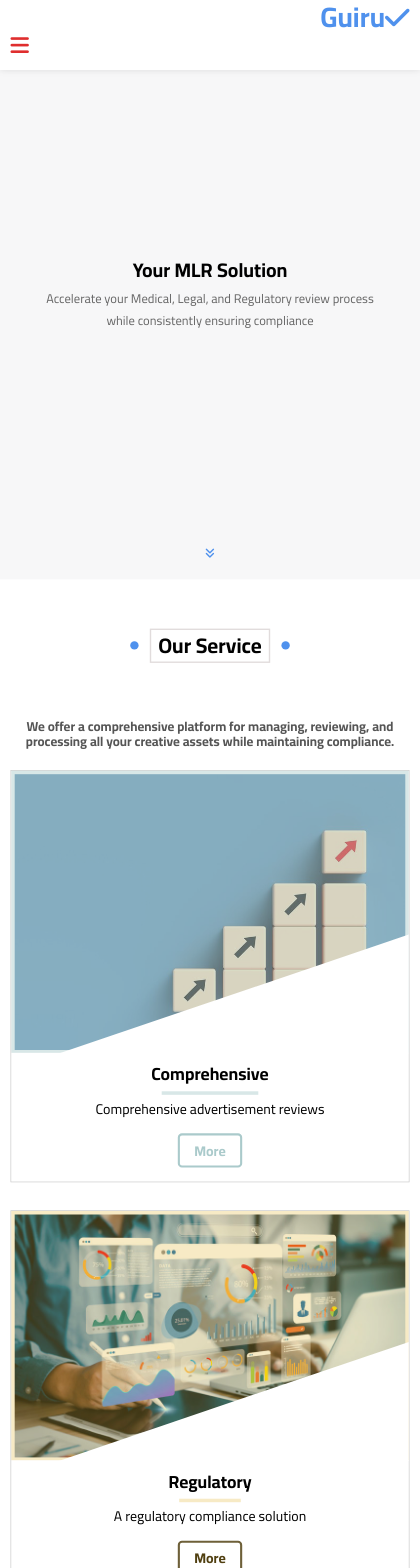
Repository: AsmaaAlothman/Templet-1-website
Page: home.html
The author's editor kept a copy of each file at every save. The page is drawn from the files as they stood at one save, then again after a run of saves.
The browser window is 600 px wide. The pictures show the part of the page from y = 0 to 2240 px (the page is 5240 px tall), at 70% of full size.

Above is the page before, as saved 2024-08-31 13:43:15.

### home.html
<!DOCTYPE html>
<html lang="en">

<head>
    <meta charset="UTF-8" />
    <meta name="viewport" content="width=device-width, initial-scale=1.0" />
    <title>Guiru test</title>
    <!-- Render all elements normally-->
    <link rel="stylesheet" href="css/normalize.css" />
    <!-- Font Awesome library-->
    <link rel="stylesheet" href="css/all.min.css" />
    <link rel="preconnect" href="https://fonts.googleapis.com" />
    <!--Google Fonts Cairo-->
    <link href="https://fonts.googleapis.com/css2?family=Cairo:wght@200..1000&family=Work+Sans:ital,wght@0,100..900;1,100..900&display=swap" rel="stylesheet" />
    <!--Main template css file -->
    <link rel="stylesheet" href="css/home.css" />
</head>

<body>
    <!-- Start header -->
    <div class="header" id="header">
        <div class="container">

            <a href="#" class="logo"> Guiru <i class="fa-solid fa-check"></i></a>

            <ul class="main_nav">
                <li>
                    <a href="#partner_with_us" class="partner_with_us">partner with us</a>
                </li>
                <li><a href="#about-us">About Us</a></li>
                <li><a href="#contact-us">Contact Us</a></li>
                <li><a href="#login">Login</a></li>
                <li><a href="#home">Home</a></li>
            </ul>
            <label for="check" class="check-btn">
              <i class="fa-solid fa-bars"></i>
            </label>
        </div>
    </div>
    <!-- End header -->
    <!-- Start Landing -->
    <div class="landing">
        <div class="container">
            <div class="text">
                <h1>Your MLR Solution</h1>
                <p>
                    Accelerate your Medical, Legal, and Regulatory review process while consistently ensuring compliance
                </p>
            </div>
            <div class="image">
                <img src="images/landing_image2.jpg" alt="landing_image2" />
            </div>
        </div>
        <a href="#about-us" class="go_down">
            <i class="fa-solid fa-angles-down"></i>
        </a>
    </div>
    <!-- End Landing -->
    <!-- Start Service -->
    <div class="service" id="service">
        <h2 class="main-title">Our Service</h2>

        <h3>
            We offer a comprehensive platform for managing, reviewing, and processing all your creative assets while maintaining compliance.
        </h3>

        <div class="container">
            <div class="box comprehensive">
                <div class="img-holder">
                    <img src="images/service-image1.jpg" alt="" />
                </div>
                <h2>Comprehensive</h2>
                <p>Comprehensive advertisement reviews</p>
                <a href="#">More</a>
            </div>
            <div class="box regulatory">
                <div class="img-holder">
                    <img src="images/service-image2.jpg" alt="" />
                </div>
                <h2>Regulatory</h2>
                <p>A regulatory compliance solution</p>
                <a href="#">More</a>
            </div>
            <div class="box guidance">
                <div class="img-holder">
                    <img src="images/service-image3.jpg" alt="" />
                </div>
                <h2>Guidance</h2>
                <p>Guidance to improve advertisement effectiveness</p>
                <a href="#">More</a>
            </div>
        </div>
    </div>
    <!-- End service -->
    <!-- Start About US Section -->
    <div class="about-us" id="about-us">
        <div class="container">
            <h2 class="main-title">About Us</h2>
            <h3>
                At Guiru, we are dedicated to offering the best solutions for your MLR needs. Our team will ensure you campaigns meet all necessary regulations needs and achieve maximum impact.
            </h3>
            <div class="box">
                <div class="details">
                    <img src="images/about-us.png" alt="about-us" />
                </div>
            </div>
        </div>
    </div>
    <!-- End About US Section -->

    <!-- Start Our Value Section -->
    <div class="our-value" id="our-value">
        <h2 class="main-title">Our Value</h2>
        <div class="container">
            <img src="images/our-values.jpg" alt="" class="image" style="width: 600px; height: 400px" />
            <div class="info">
                <div class="box">
                    <img src="images/our-values2.png" alt="" />
                    <div class="text">
                        <h3>Integrity</h3>
                        <p>
                            We uphold the highest standards of integrity in all our actions.
                        </p>
                    </div>
                </div>
                <div class="box">
                    <img src="images/our-values3.png" alt="" />
                    <div class="text">
                        <h3>Excellence</h3>
                        <p>We strive for excellence in everything we do.</p>
                    </div>
                </div>
                <div class="box">
                    <img src="images/our-values4.png" alt="" />
                    <div class="text">
                        <h3>Innovation</h3>
                        <p>
                            We encourage innovation to meet challenges and improve our services.
                        </p>
                    </div>
                </div>
            </div>
        </div>
    </div>
    <!-- End Our value Section -->

    <!-- Start Footer -->
    <div class="footer" id="footer">
        <div class="container">
            <img src="images/logo-Guiru.png" alt="logo-footer" />
            <div class="footer-links">
                <a href="#about-us"><i class="fa-regular fa-address-card"> About Us </i></a
          >
          <a href="#contact-us"
            ><i class="fa-solid fa-headset"> Contact Us </i>
          </a>
                <a href="#privacy-policy"><i class="fa-solid fa-arrow-right-to-bracket"> Privacy Policy </i>
          </a>
            </div>
            <p class="copyright">
                &copy; 2024 <span>Guiru</span> All rights reserved.
            </p>
        </div>
    </div>
    <!-- End Footer -->
</body>

</html>

### css/home.css
/* Start global rules : */

* {
    -webkit-box-sizing: border-box;
    -moz-box-sizing: border-box;
    box-sizing: border-box;
    padding: 0px;
    margin: 0px;
}

html {
    scroll-behavior: smooth;
}

:root {
    --main-color: #4f91ed;
    --main-color-alt: #125bc2bd;
    --hover-main-color: #c5c9cf23;
    --icon-color-hover: #accef577;
    --main-transition: 0.3s;
    --main-padding-top: 70px;
    --main-padding-bottom: 70px;
    --second-section-background-color: #d2d7d831;
    --main-section-background-color: white;
    --footer-background-color: rgba(46, 69, 92, 0.486);
    --paragraph-text-color: #555;
    --main-box-shadow: 0 12px 20px 0 rgba(0, 0, 0, 0.048), 0 2px 4px 0 rgb(0 0 0/12%);
}

body {
    font-family: "Cairo", sans-serif;
    /* font-family: "Work Sans", sans-serif;*/
}

a {
    text-decoration: none;
}

ul {
    list-style: none;
}


/* End global rules  */

.parent {
    background-color: #eee;
}

.container {
    padding-left: 15px;
    padding-right: 15px;
    margin-left: auto;
    margin-right: auto;
    /* background-color: #ececec; */
}

img {
    /* padding-left: 15px;
    padding-right: 15px; */
    margin-left: auto;
    margin-right: auto;
    display: block;
    /* background-color: var(--main-color); */
}


/* Start media query  */

@media (min-width: 768px) {
    .container {
        width: 970px;
    }
}

@media (min-width: 992px) {
    .container {
        width: 970px;
    }
}

@media (min-width: 1200px) {
    .container {
        width: 1170px;
    }
}


/* End media query  */


/* Start Style Main title */

.main-title {
    margin: 0 auto 80px;
    border: 2px solid #e1dcdc;
    padding: 5px 10px;
    font-size: 30px;
    width: fit-content;
    position: relative;
    z-index: 1;
    transition: var(--main-transition);
}

.main-title::after,
.main-title::before {
    content: "";
    width: 12px;
    height: 12px;
    background-color: var(--main-color);
    position: absolute;
    border-radius: 50%;
    top: 50%;
    transform: translateY(-50%);
}

.main-title::after {
    right: -30px;
}

.main-title::before {
    left: -30px;
}

.main-title:hover::before {
    z-index: -1;
    animation: left-move 0.3s linear forwards;
}

.main-title:hover::after {
    z-index: -1;
    animation: right-move 0.3s linear forwards;
}

.main-title:hover {
    color: white;
    border: 2px solid white;
    transition-delay: 0.2s;
}


/* End Style Main title */


/* Start header */

.header {
    background-color: white;
    position: relative;
    -webkit-box-shadow: 0 0 10px#ddd;
    -moz-box-shadow: 0 0 10px#ddd;
    box-shadow: 0 0 10px#ddd;
}

.header .container {
    display: flex;
    background-color: white;
    justify-content: space-between;
    align-items: center;
    flex-wrap: wrap;
    position: relative;
}

.header .logo {
    color: var(--main-color);
    font-size: 40px;
    font-weight: bold;
    /*  height: 72px; للحفاظ على ارتفاع الهيدر حتى لو اختلف حجم المين  */
    height: 72px;
    display: flex;
    justify-content: center;
    align-items: center;
}


/* start responsive media for logo selector : */

@media (max-width: 767px) {
    .header .logo {
        width: 100%;
        height: 50px;
    }
}


/*end responsive media for logo selector : */

.header .main_nav {
    display: flex;
}


/* start responsive media for main_nav selector : */

.header .main_nav>li>a {
    height: 80px;
    letter-spacing: 2px;
    font-size: 20px;
    display: flex;
    justify-content: center;
    align-items: center;
    position: relative;
    color: black;
    padding: 0px 25px;
    transition: var(--main-transition);
    overflow: hidden;
}


/* start responsive media for li > a selector : */

@media (max-width: 767px) {
    .header .main_nav>li>a {
        padding: 10px;
        height: 40px;
        font-size: 14px;
    }
}

@media (max-width: 767px) {
    .header .main_nav {
        flex-direction: column;
        gap: 0;
        padding: 5px;
        margin: auto;
    }
}

.check-btn {
    font-size: 30px;
    color: rgb(223, 46, 46);
    cursor: pointer;
    display: none;
}

@media (max-width: 767px) {
    .check-btn {
        display: flex;
        margin-bottom: 20px;
    }
    .header .main_nav {
        display: none;
    }
    .header .container .logo {
        display: flex;
        justify-content: end;
    }
}


/* End header */


/* Start Landing */

.landing {
    position: relative;
    background-color: var(--second-section-background-color);
}

.landing .container {
    min-height: calc(100vh - 72px);
    display: flex;
    align-items: center;
    padding-bottom: 75px;
}

.landing .text {
    flex: 1;
}

@media (max-width: 991px) {
    .landing .text {
        text-align: center;
    }
}

.landing .text h1 {
    font-size: 37px;
    margin: 0;
    letter-spacing: 0px;
}


/*start response mobile screen size */

@media (max-width: 767px) {
    .landing .text h1 {
        font-size: 28px;
    }
}


/*end response mobile screen size */

.landing .text p {
    font-size: 22px;
    margin: 5px 0 0;
    line-height: 1.7;
    color: #666;
    max-width: 500px;
}

@media (max-width: 991px) {
    .landing .text p {
        margin: 10px auto;
    }
}


/*start response mobile screen size */

@media (max-width: 767px) {
    .landing .text p {
        font-size: 18px;
    }
}


/*end response mobile screen size */

.landing .image img {
    position: relative;
    width: 400px;
    /* وحطينا زمن 5 ثواني يروح ويرجع up-and-down الانيميشن هون سميتو ع كيفي  */
    /* الانيميشن بعتمد عالبوزشن لازم يكون ريليتف */
    /* بننزل بننشئ الانيميشن تحت بنفس هاد الاسم  */
    animation: up-and-down 5s linear infinite;
}

@media (max-width: 991px) {
    .landing .image {
        display: none;
    }
}

.landing .go_down {
    color: var(--main-color);
    position: absolute;
    bottom: 30px;
    left: 50%;
    transform: translateX(-50%);
    transition: var(--main-transition);
}

.landing .go_down:hover {
    color: var(--main-color-alt);
}

.landing .go_down i {
    animation: bouncing 1.5s infinite;
}


/* End landing */


/* Start service */

.service {
    padding-top: var(--main-padding-top);
    padding-bottom: var(--main-padding-bottom);
    position: relative;
    background-color: var(--main-section-background-color);
}

.service .container {
    display: grid;
    grid-template-columns: repeat(auto-fill, minmax(300px, 1fr));
    gap: 40px;
}

.service h3 {
    color: var(--paragraph-text-color);
    display: block;
    padding-bottom: 30px;
    max-width: 100%;
    text-align: center;
    margin: auto;
}

.service .box {
    text-align: center;
    border: 1px solid #ccc;
}

.service .container .img-holder {
    position: relative;
    overflow: hidden;
}

.service .container .img-holder::before {
    content: "";
    position: absolute;
    top: -1px;
    left: 0;
    height: 100%;
    width: 100%;
    /* background-color: #b657e257; */
}

.service .container .img-holder::after {
    content: "";
    position: absolute;
    bottom: 0;
    right: 0;
    border-style: solid;
    border-width: 0 0 170px 500px;
    border-color: transparent transparent white transparent;
    transition: var(--main-transition);
}

.service .container .img-holder img {
    max-width: 100%;
    padding: 5px;
}

.service .box:hover .img-holder::after {
    border-width: 0 465px 0 0;
}

.service .box h2 {
    position: relative;
    font-size: 25px;
    margin: 15px auto;
    width: fit-content;
}

.service .box h2::after {
    content: "";
    position: absolute;
    bottom: -15px;
    left: 15px;
    height: 5px;
    width: calc(100% - 30px);
    /* background-color: red; */
}

.service .box p {
    line-height: 2;
    font-size: 20px;
    color: var(--paragraph-color);
    margin: 15px 15px;
    padding: 0;
}

.service .box a {
    display: block;
    border: 3px solid transparent;
    width: fit-content;
    margin: 0 auto 20px;
    font-size: 20px;
    font-weight: bold;
    padding: 10px 20px;
    border-radius: 6px;
    transition: var(--main-transition);
}

.service .box:hover a {
    background-position: left bottom;
    color: rgb(39, 37, 37);
}


/*اللي فوق الصورة overlayهاد الجزء الخاص بال    */

.service .comprehensive .img-holder::before {
    background-color: #aacacb75;
}


/* comprehensive  /guidance /regulatory هاد لون الباك جراوند اللي تحت الهيدر تبع القسم يعني تحت كلمة  */

.service .comprehensive h2::after {
    background-color: #aacacb75;
}

.service .comprehensive a {
    color: #aacacb;
    border-color: #aacacb;
    background: linear-gradient(to right, #aacacb75 50%, white 50%);
    background-size: 200% 100%;
    background-position: right bottom;
}


/* ---------------------------------- */

.service .regulatory .img-holder::before {
    background-color: #e0ad1f41;
}

.service .regulatory h2::after {
    background-color: #e0ad1f41;
}

.service .regulatory a {
    color: #503f10;
    border-color: #6e6039;
    background: linear-gradient(to right, #e0ad1f41 50%, white 50%);
    background-size: 200% 100%;
    background-position: right bottom;
}


/* ---------------------------------- */

.service .guidance .img-holder::before {
    background-color: #b7cc8c71;
}

.service .guidance h2::after {
    background-color: #b7cc8c71;
}

.service .guidance a {
    color: #b7cc8c;
    border-color: #b7cc8c;
    background: linear-gradient(to right, #b7cc8c71 50%, white 50%);
    background-size: 200% 100%;
    background-position: right bottom;
}


/* End service */


/* Start About us Section */

.about-us {
    position: relative;
    padding-top: var(--main-padding-top);
    padding-bottom: var(--main-padding-bottom);
    background-color: var(--second-section-background-color);
}

.about-us .container {
    display: flex;
    align-items: center;
    flex-wrap: wrap;
    position: relative;
}

.about-us .container .box {
    display: grid;
    margin: auto;
    grid-template-columns: repeat(auto-fill, minmax(450px, 0fr));
    gap: 10px;
    padding: 5px;
    max-width: fit-content;
    background-color: transparent;
    border-radius: 6px;
    box-shadow: 0 12px 20px 0 rgb(0 0 0/13%), 0 2px 4px 0 rgb(0 0 0/12%);
}

.about-us .container .box img {
    max-width: 60%;
    transition: var(--main-transition);
    border-radius: 6px;
}

@media (max-width: 767px) {
    .about-us .container .box img {
        max-width: 60%;
        transition: var(--main-transition);
        border-radius: 6px;
        margin-left: 40px;
    }
}

.about-us .container .box img:hover {
    transform: rotate(2deg) scale(1);
    transition-duration: 1s;
}

.about-us .container h3 {
    color: var(--paragraph-text-color);
    display: block;
    padding-bottom: 30px;
    max-width: 100%;
    text-align: center;
    margin: auto;
}


/* End About us Section */


/* Start Our value Section */

.our-value {
    padding-top: var(--main-padding-top);
    padding-bottom: var(--main-padding-bottom);
    position: relative;
    background-color: var(--section-background-color);
}

.our-value .container {
    display: flex;
    align-items: center;
    justify-content: space-between;
}

@media (max-width: 991px) {
    .our-value .container {
        flex-direction: column;
    }
}

.our-value .container .image {
    max-width: 100%;
    margin-right: 70px;
}

@media (max-width: 991px) {
    .our-value .image {
        margin: 0 0 50px;
    }
}

@media (max-width: 767px) {
    .our-value .container .image {
        display: none;
    }
}

.our-value .info .box {
    background-color: #8d9cb138;
    padding: 20px 15px;
    margin-bottom: 20px;
    border-radius: 6px;
    display: flex;
    align-items: center;
    border: 3px solid white;
    position: relative;
    z-index: 1;
}

@media (max-width: 991px) {
    .our-value .info .box {
        flex-direction: column;
        text-align: center;
    }
}

.our-value .info .box::before {
    content: "";
    position: absolute;
    background-color: rgba(131, 181, 209, 0.26);
    left: 50%;
    top: 50%;
    height: 0;
    width: 0;
    transform: translate(-50%, -50%);
    z-index: -1;
    transition: var(--main-transition);
}

.our-value .info .box:hover:before {
    height: 100%;
    width: 100%;
}

.our-value .info .box img {
    width: 120px;
    margin-left: 0;
    padding: 5px;
    border-radius: 15px;
}

@media (max-width: 991px) {
    .our-value .info .box img {
        margin: 0 0 30px;
    }
}

.our-value .container .info .box .text {
    padding: 0px 5px 0px 15px;
}

.our-value .container .info .box h3 {
    font-size: 20px;
    padding-bottom: 5px;
    margin: 0;
}

.our-value .container .info .box p {
    line-height: 1.7;
    color: var(--paragraph-color);
    margin: 10px 0 0;
    font-size: 18px;
}


/* End Our value Section */


/* Start Footer  */

.footer {
    padding-top: 50px;
    padding-bottom: 50px;
    background-color: var(--footer-background-color);
    position: relative;
    color: white;
    text-align: center;
}

.footer .container img {
    width: 200px;
}

.footer .footer-links {
    max-width: 100%;
    padding-top: 15px;
    display: flex;
    margin: 40px 0 20px;
    gap: 25px;
    justify-content: center;
    align-items: center;
    position: relative;
}

@media (max-width: 767px) {
    .footer .footer-links {
        padding-top: 10px;
        display: grid;
        margin: 30px 0 20px;
        gap: 30px;
        justify-content: center;
        align-items: center;
    }
}

.footer .footer-links a {
    display: block;
    font-size: 13px;
    letter-spacing: 4px;
    color: #0c4597c2;
    text-shadow: 0px 1px 7px white;
    border-bottom: 3px solid rgba(58, 79, 148, 0.918);
    border-radius: 6px;
    padding: 10px;
}

.footer .footer-links a:hover {
    font-weight: bolder;
    color: white;
    border: none;
    background-color: rgba(78, 107, 134, 0.37);
    box-shadow: var(--main-box-shadow);
    transition: var(--main-transition);
}

.footer .container {
    position: relative;
    max-width: 100%;
    max-height: 100%;
}

.footer .copyright {
    margin-top: 60px;
    padding: 20px;
}

.footer .copyright span {
    font-weight: bold;
    font-size: 20px;
    color: var(--main-color-alt);
}


/* End Footer  */


/* Start Create Animation  */

@keyframes up-and-down {
    0%,
    100% {
        top: 0;
    }
    50% {
        top: -50px;
    }
}

@keyframes left-move {
    50% {
        left: 0;
        width: 12px;
        height: 12px;
    }
    100% {
        left: 0;
        border-radius: 0;
        width: 100%;
        height: 100%;
    }
}

@keyframes right-move {
    50% {
        right: 0;
        width: 12px;
        height: 12px;
    }
    100% {
        right: 0;
        border-radius: 0;
        width: 100%;
        height: 100%;
    }
}


/* Start Create Animation  */

@keyframes up-and-down {
    0%,
    100% {
        top: 0;
    }
    50% {
        top: -50px;
    }
}

@keyframes left-move {
    50% {
        left: 0;
        width: 12px;
        height: 12px;
    }
    100% {
        left: 0;
        border-radius: 0;
        width: 100%;
        height: 100%;
    }
}

@keyframes right-move {
    50% {
        right: 0;
        width: 12px;
        height: 12px;
    }
    100% {
        right: 0;
        border-radius: 0;
        width: 100%;
        height: 100%;
    }
}


/* End Create Animation */

Loaded but not shown: css/normalize.css (library); css/all.min.css (library)

After the next 2 saves:
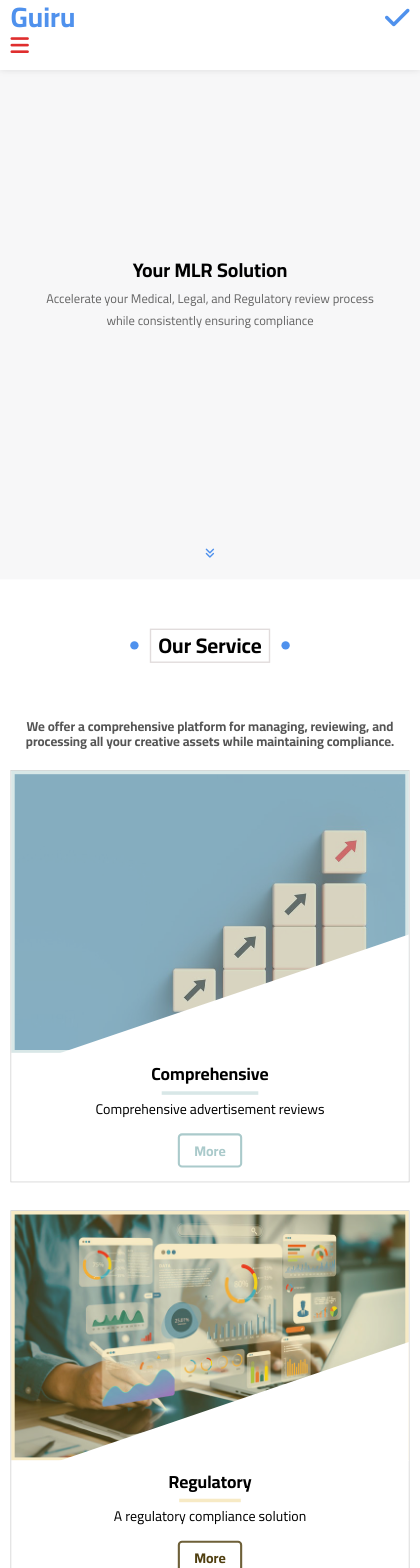
The 2 saves are shown as one change because they came seconds apart.
The last was saved 7 s later.
--- a/css/home.css
+++ b/css/home.css
@@ -243,7 +243,7 @@
     }
     .header .container .logo {
         display: flex;
-        justify-content: end;
+        justify-content: space-between;
     }
 }
 

After the 3 saves that followed:
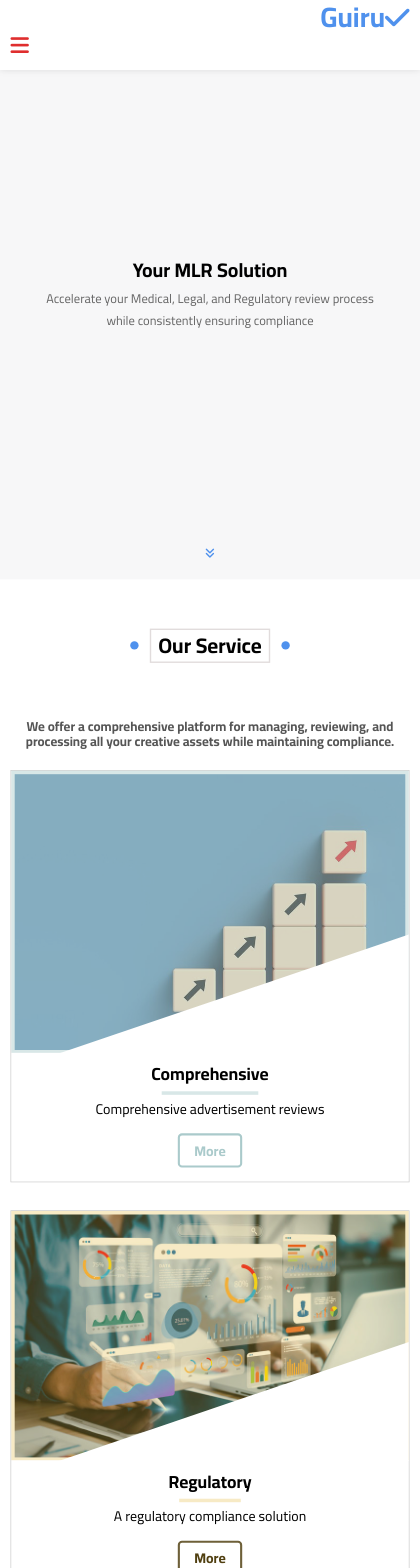
The 3 saves are shown as one change because they came seconds apart.
The last was saved 11 s later.
--- a/css/home.css
+++ b/css/home.css
@@ -243,7 +243,7 @@
     }
     .header .container .logo {
         display: flex;
-        justify-content: space-between;
+        justify-content: flex-end;
     }
 }
 
